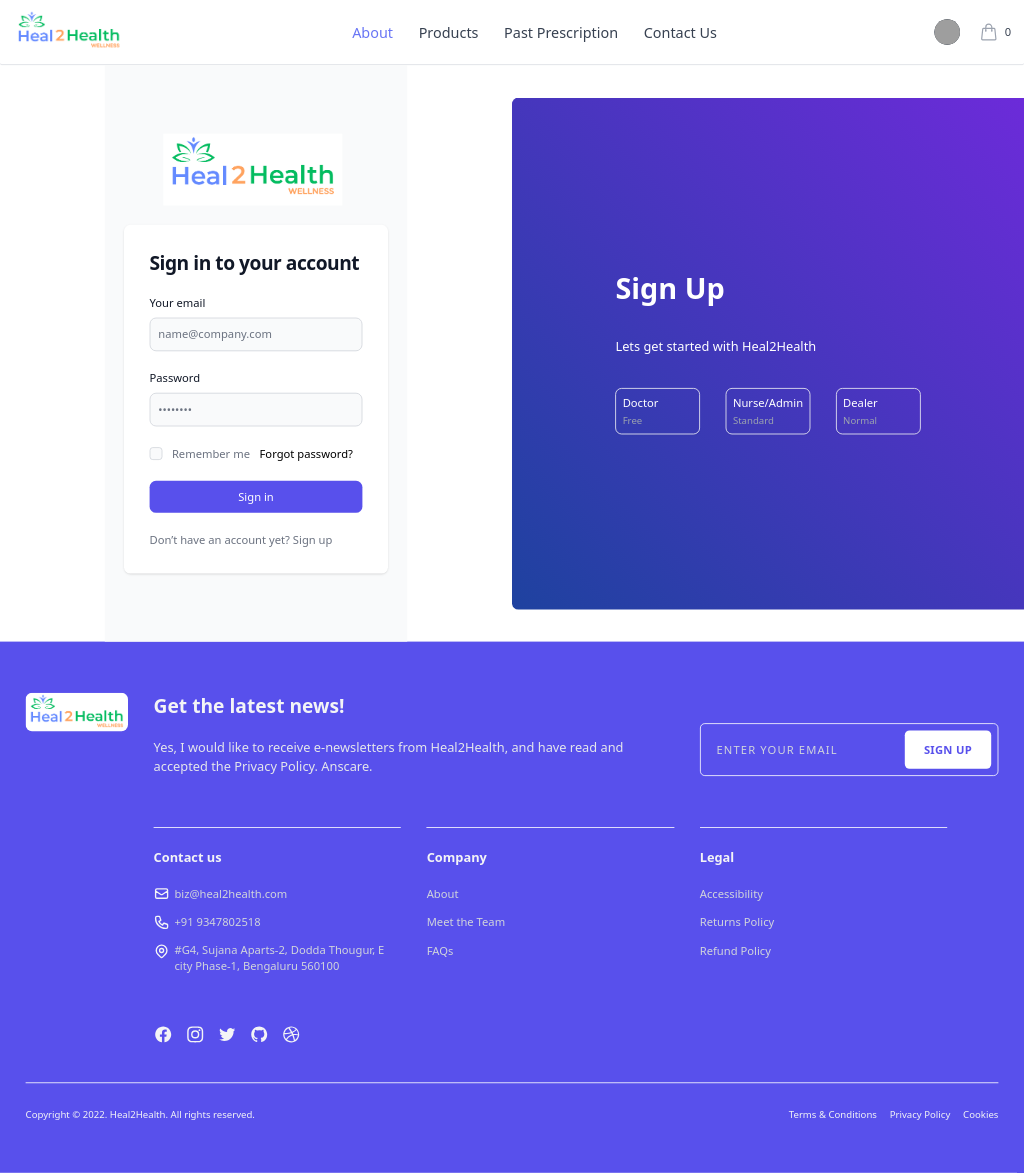
Repository: Akash123-coder/H2H
Page: /login (app in Frontend/)
These files come from the project's save history. The page is drawn as it stood at one moment and after the next save; the edit follows.
The browser window is 1280 px wide. The pictures show the whole page, at 80% of full size.
Pictures or frames that could not be fetched are drawn as grey boxes. The project was rebuilt for these pictures with package versions that can differ from the ones it lists, and the page was loaded fresh each time. Also part of the build but not shown: Frontend/vite.config.ts, Frontend/src/pages/About.tsx, Frontend/src/components/Cta.jsx, Frontend/src/pages/Home.jsx, Frontend/src/components/Product.tsx, Frontend/src/pages/Prescription.jsx, Frontend/src/pages/SignUp.jsx, Frontend/src/pages/CompanyNameSelect.jsx and 3 more.

Above is the page before, as saved 2022-10-04 13:52:03.

After the next save:
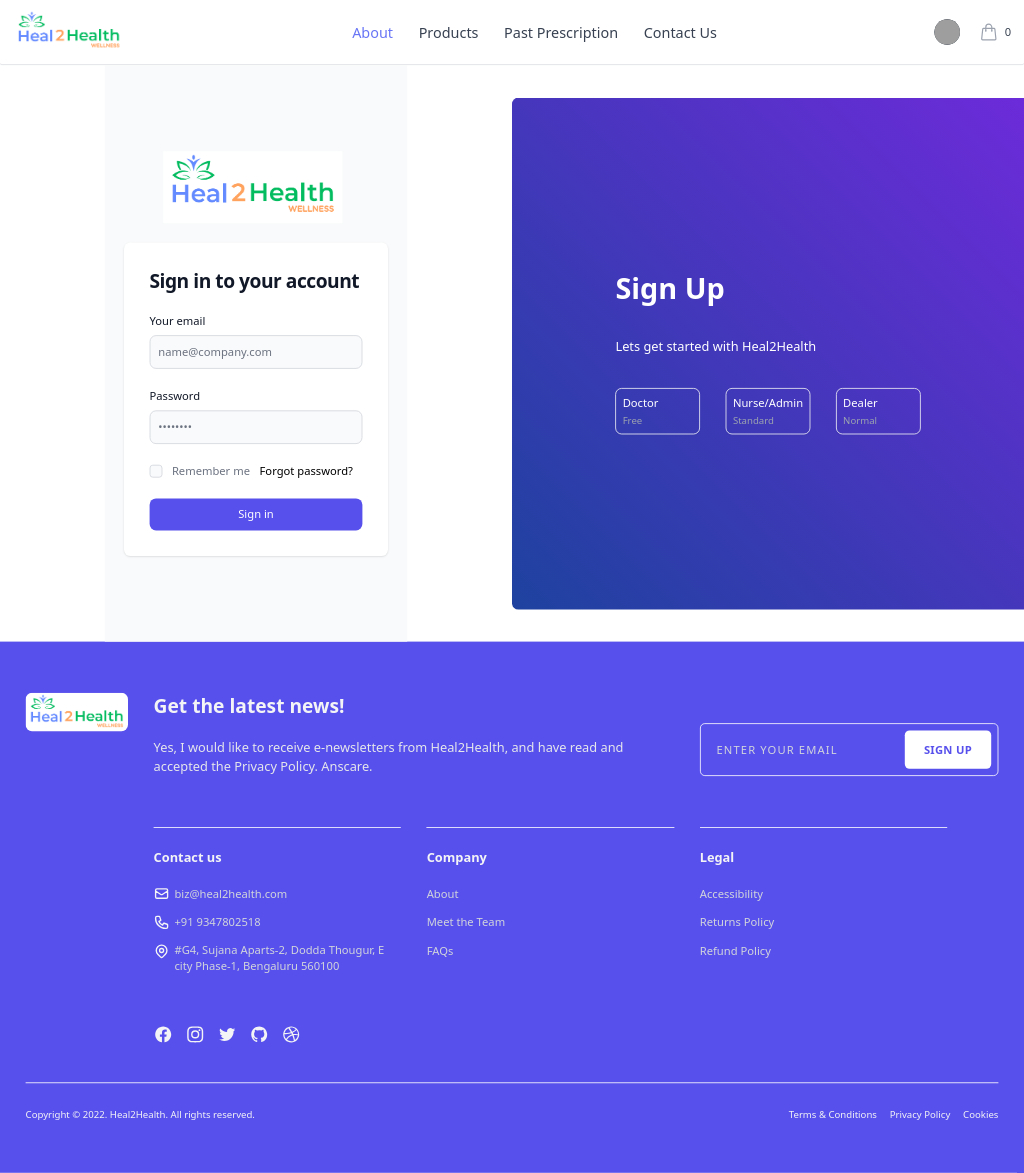
Saved 58 s later.
--- a/Frontend/src/pages/Login.jsx
+++ b/Frontend/src/pages/Login.jsx
@@ -88,15 +88,7 @@
                     >
                       Sign in
                     </button>
-                    <p class="text-sm font-light text-gray-500 dark:text-gray-400">
-                      Don’t have an account yet?{" "}
-                      <NavLink
-                        to="/signUp"
-                        class="font-medium text-primary-600 hover:underline dark:text-primary-500"
-                      >
-                        Sign up
-                      </NavLink>
-                    </p>
+
                   </form>
                 </div>
               </div>
